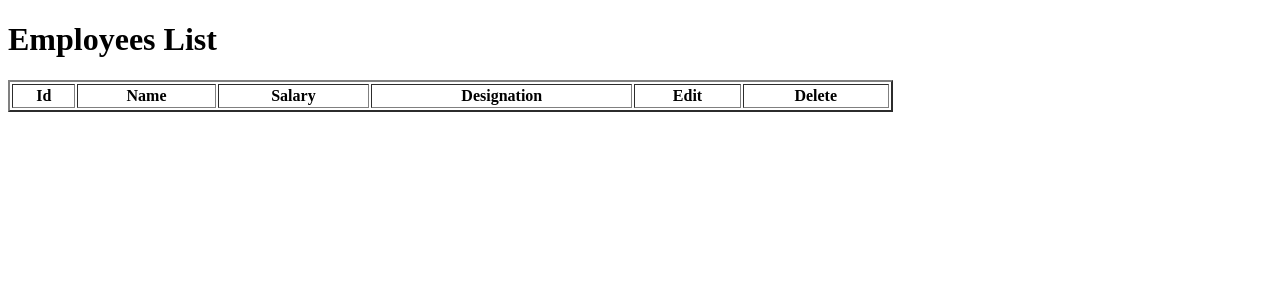
Repository: ashwinipatil321/SpringmvcProject
Page: http://localhost/SpringMVCCrudOperation/viewemp
These files come from the project's save history. The page is drawn as it stood at one moment and after the next save; the edit follows.
The browser window is 1280 px wide. The pictures show the whole page.
The page is served by Tomcat 9. Other server files are loaded and not shown. Queries for data that is not in the repository find no rows.

Above is the page before, as saved 2017-11-20 13:39:40.

### SpringMVCCrudOperation/src/main/webapp/viewemp.jsp
<%@ taglib uri="http://www.springframework.org/tags/form" prefix="form"%>
<%@ taglib uri="http://java.sun.com/jsp/jstl/core" prefix="c"%>
<%@ page language="java" contentType="text/html; charset=UTF-8"
	pageEncoding="UTF-8"%>
<!DOCTYPE html PUBLIC "-//W3C//DTD HTML 4.01 Transitional//EN" "http://www.w3.org/TR/html4/loose.dtd">
<html>
<head>
<meta http-equiv="Content-Type" content="text/html; charset=UTF-8">
<title>Insert title here</title>
</head>
<body>
<h1>Employees List</h1>
<table border="2" width="70%" cellpadding="2">
<tr><th>Id</th><th>Name</th><th>Salary</th><th>Designation</th><th>Edit</th><th>Delete</th></tr>
   <c:forEach var="emp" items="${list}">
   <tr>
   <td>${emp.id}</td>
   <td>${emp.name}</td>
   <td>${emp.salary}</td>
   <td>${emp.designation}</td>
   <td><a href="editemp/${emp.id}">Edit</a></td>
   <td><a href="deleteemp/${emp.id}">Delete</a></td>
   </tr>
   </c:forEach>
   </table>
   <br/>

</body>
</html>

### SpringMVCCrudOperation/src/main/java/com/springCrudOperation/DAO/EmployeeDAOImpl.java
package com.springCrudOperation.DAO;
import java.sql.ResultSet;
import java.sql.SQLException;
import java.util.List;
import org.springframework.jdbc.core.BeanPropertyRowMapper;
import org.springframework.jdbc.core.JdbcTemplate;
import org.springframework.jdbc.core.RowMapper;
import com.springCrudOperation.model.Employee;

/**
 * @author Ashwini
 *
 */
public class EmployeeDAOImpl {

	JdbcTemplate template;

	public void setTemplate(JdbcTemplate template) {
		this.template = template;
	}

	/**save the data into database
	 * @param p
	 * @return
	 */
	public int save(Employee p){
		String sql="insert into emp99(name,salary,designation) values('"+p.getName()+"',"+p.getSalary()+",'"+p.getDesignation()+"')";
		return template.update(sql);
	}

	/**update record
	 * @param p
	 * @return
	 */
	public int update(Employee p){
		String sql="update emp99 set name='"+p.getName()+"', salary="+p.getSalary()+",designation='"+p.getDesignation()+"' where id="+p.getId()+"";
		return template.update(sql);
	}
	public int delete(int id){
		String sql="delete from emp99 where id="+id+"";
		return template.update(sql);
	}
	public Employee getEmpById(int id){
		String sql="select * from emp99 where id=?";
		return template.queryForObject(sql, new Object[]{id},new BeanPropertyRowMapper<Employee>(Employee.class));
	}
	public List<Employee> getEmployees(){
		return template.query("select * from emp99",new RowMapper<Employee>(){
			public Employee mapRow(ResultSet rs, int row) throws SQLException {
				Employee e=new Employee();
				e.setId(rs.getInt(1));
				e.setName(rs.getString(2));
				e.setSalary(rs.getFloat(3));
				e.setDesignation(rs.getString(4));
				return e;
			}
		});
	}
}

After the next save:
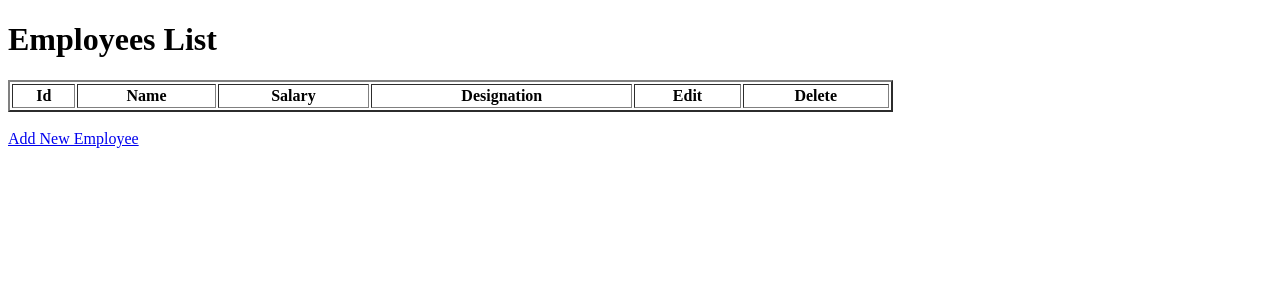
Saved 44 s later.
--- a/SpringMVCCrudOperation/src/main/webapp/viewemp.jsp
+++ b/SpringMVCCrudOperation/src/main/webapp/viewemp.jsp
@@ -24,6 +24,6 @@
    </c:forEach>
    </table>
    <br/>
-
+   <a href="empform.jsp">Add New Employee</a>
 </body>
 </html>

After the save that followed:
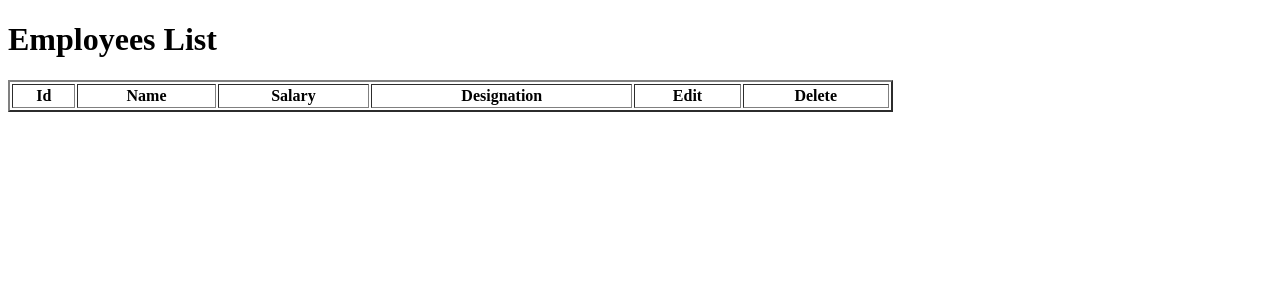
Saved 84 s later.
--- a/SpringMVCCrudOperation/src/main/webapp/viewemp.jsp
+++ b/SpringMVCCrudOperation/src/main/webapp/viewemp.jsp
@@ -24,6 +24,5 @@
    </c:forEach>
    </table>
    <br/>
-   <a href="empform.jsp">Add New Employee</a>
 </body>
 </html>
